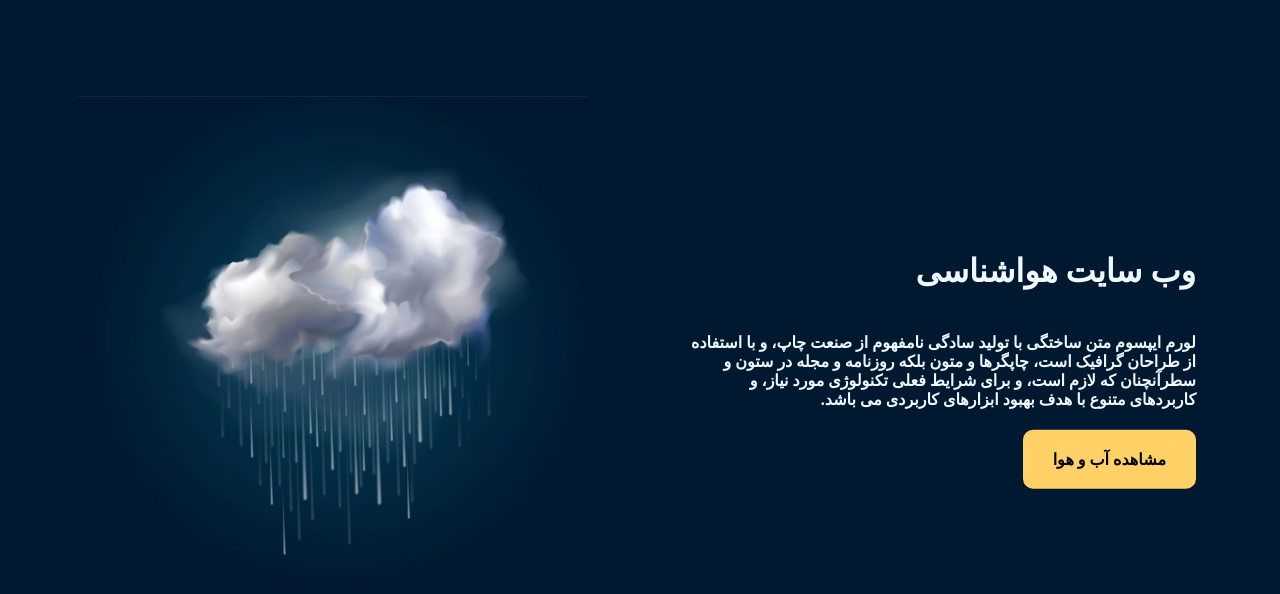
Repository: fateme81yosefi/weather
Page: landing/Landing.html
An editor plug-in stored every save of this project. The page is shown before and after the next save, followed by the edit.
The browser window is 1280 px wide. The pictures show the whole page.
Some web fonts or font styles are not loaded; a fallback is used.

Above is the page before, as saved 2025-02-02 17:10:58.

After the next save:
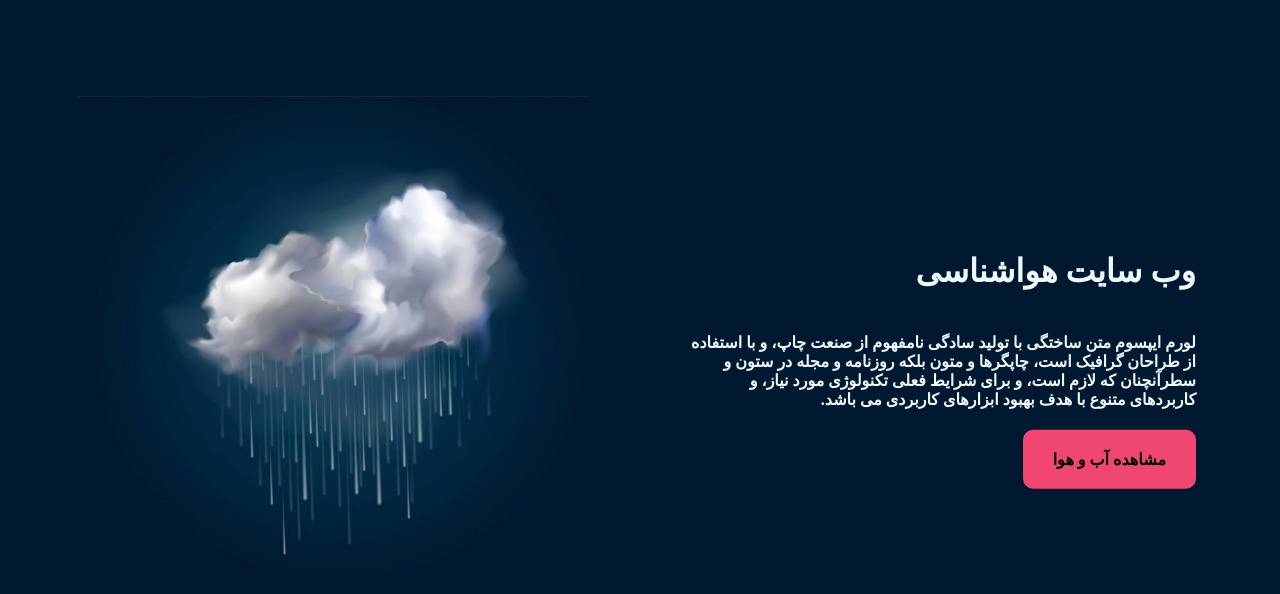
Saved 10 s later.
--- a/landing/style/landing.css
+++ b/landing/style/landing.css
@@ -68,7 +68,7 @@ body {
     align-items: end;
   }
   .go-to-weather {
-    background-color: #ffd166;
+    background-color: #ef476f;
     border: none;
     border-radius: 10px;
     padding: 20px 30px;
